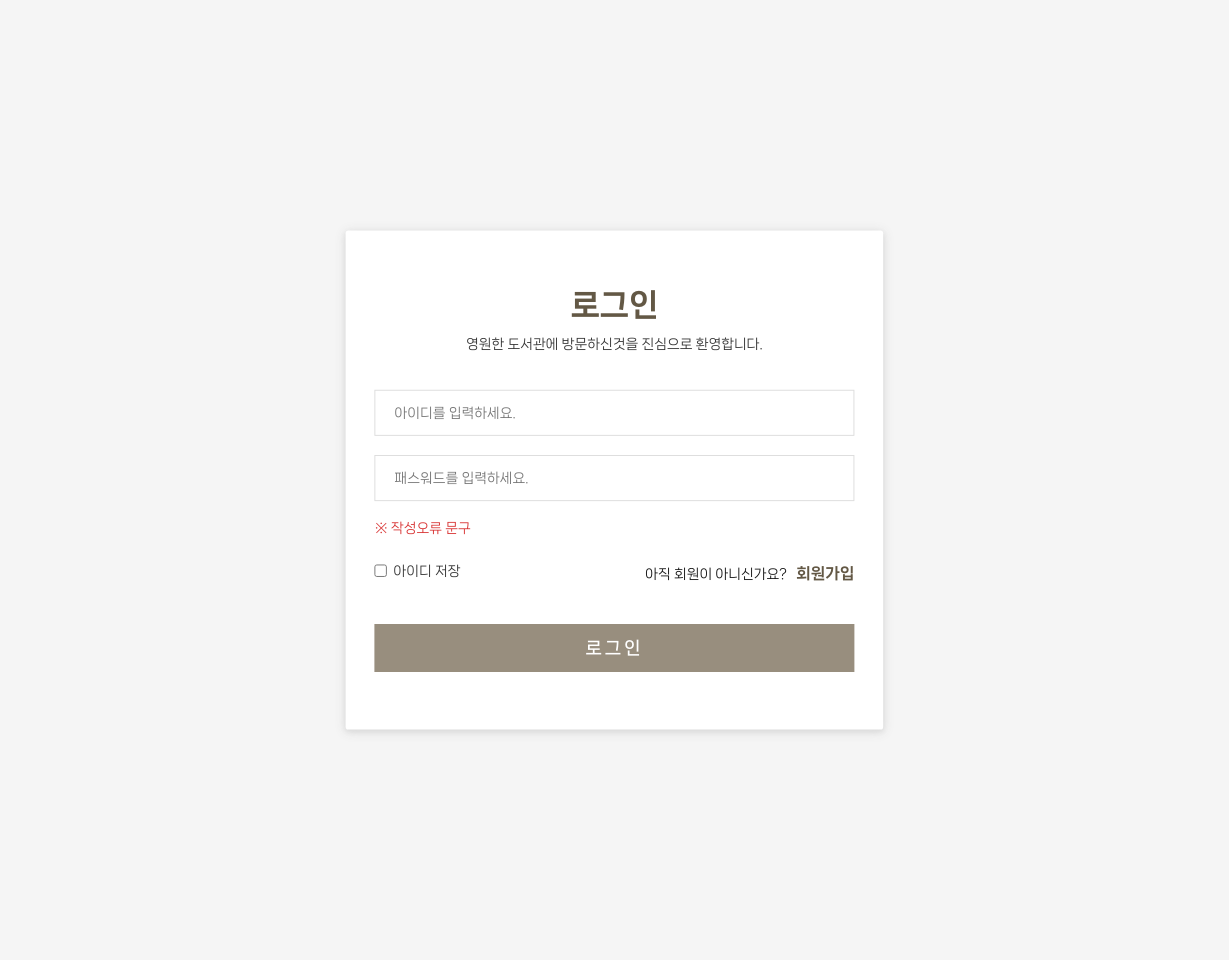
Repository: PacJ/spring_project
Page: http://localhost/spring_project/WEB-INF/views/user/login.jsp
An editor plug-in stored every save of this project. The page is shown before and after the next save, followed by the edit.
The browser window is 1280 px wide. The pictures show the whole page, at 96% of full size.
The page is served by Tomcat 9. Nobody is signed in. Other server files are loaded and not shown. The template is opened directly, without the code that normally fills it, so the values that code supplies are empty.

Above is the page before, as saved 2023-03-07 04:21:46.

### spring_project/src/main/webapp/WEB-INF/views/user/login.jsp
<%@ page language="java" contentType="text/html; charset=UTF-8"
    pageEncoding="UTF-8"%>
<!DOCTYPE html>
<!-- style -->
<link href="${pageContext.request.contextPath}/resources/css/sign.css"
    rel="stylesheet">
    <link href="${pageContext.request.contextPath}/resources/css/main.css"
    rel="stylesheet">
    <link href="${pageContext.request.contextPath}/resources/css/common.css"
    rel="stylesheet">
</head>
	<!-- 공통팝업 -->
    <section class="popup_back">
        <article class="popup">
            <p>팝업내용</p>
            <button>확인</button>
        </article>
    </section>
	 <!-- login -->

        <section class="sign_area">
            <article class="inner">
                <h2>로그인</h2>
                <p>영원한 도서관에 방문하신것을 진심으로 환영합니다.</p>
                <form class="login_form" action="login.do" method="post">
                    <input type="text" name="userId" placeholder="아이디를 입력하세요." />
                    <input type="password" name="userPw" placeholder="패스워드를 입력하세요." />
                    <p class="on">※ 작성오류 문구</p>
                    <div>
                        <input type="checkbox" id="save_id" value="">
                        <label for="save_id">&nbsp;&nbsp;아이디 저장</label>
                        <p>아직 회원이 아니신가요?<a href="#">회원가입</a></p>
                    </div>
                    <button type="submit">로그인</button>
                </form>
            </article>
        </section>

### spring_project/src/main/webapp/resources/css/sign.css
@charset "UTF-8";
/* sign area */
.sign_area {
  width: 100%;
  height: auto;
  min-height: 100%;
  box-sizing: border-box;
  padding: 240px 0;
  background-color: #f5f5f5;
}

.sign_area .inner {
  width: 560px;
  height: auto;
  padding: 60px 30px;
  overflow: hidden;
  box-sizing: border-box;
  background-color: #fff;
  margin: auto;
  box-shadow: 0 2px 12px 0 #dbdbdb, 0 2px 5px 0 #dbdbdb;
  border-radius: 3px;
}

.sign_area .inner > h2 {
  font-family: 'neo_eb';
  font-size: 32px;
  color: #635845;
  margin-bottom: 15px;
  text-align: center;
}

.sign_area .inner > p {
  font-size: 14px;
  color: #333;
  margin-bottom: 40px;
  text-align: center;
}

/* 로그인 */

.sign_area .inner .login_form > input {
  width: 100%;
  height: 48px;
  border: 1px solid #ddd;
  color: #666;
  box-sizing: border-box;
  padding: 5px 20px;
  font-size: 14px;
  margin-bottom: 20px;
}

.sign_area .inner .login_form > input:focus {
  outline: 2px solid #988e7e;
}

.sign_area .inner .login_form > p {
  font-size: 14px;
  color: #d83333;
  margin-bottom: 30px;
  display: none;
}

.sign_area .inner .login_form > p.on {
  display: block;
}

.sign_area .inner .login_form > div {
  width: 100%;
  height: auto;
  display: inline-block;
}

.sign_area .inner .login_form > div label {
  font-size: 14px;
  color: #333;
}

.sign_area .inner .login_form > div label,
.sign_area .inner .login_form > div input {
  float: left;
  user-select: none;
  cursor: pointer;
  line-height: 14px;
}

.sign_area .inner .login_form > div p {
  float: right;
  font-size: 14px;
}

.sign_area .inner .login_form > div p a {
  font-size: 16px;
  margin-left: 10px;
  color: #635845;
  font-family: 'neo_eb';
}

.sign_area .inner .login_form > button {
  width: 100%;
  margin-top: 40px;
  font-size: 18px;
  background-color: #988e7e;
  color: #fff;
  padding: 15px 0;
  font-family: 'neo_b';
  letter-spacing: 3px;
}

/* 회원가입 */

.sign_area .inner .signup_form ul li {
  width: 100%;
  height: auto;
  margin-bottom: 20px;
  display: inline-block;
}

.sign_area .inner .signup_form ul li > * {
  float: left;
}

.sign_area .inner .signup_form ul li h4 {
  font-family: 'neo_b';
  width: 100%;
  height: auto;
  font-size: 14px;
  font-weight: 700;
  color: #333;
  margin-bottom: 10px;
}

.sign_area .inner .signup_form ul li input {
  width: 100%;
  height: 48px;
  border: 1px solid #ddd;
  color: #666;
  box-sizing: border-box;
  padding: 5px 20px;
  font-size: 14px;
}

.sign_area .inner .signup_form ul li input:focus {
  outline: 2px solid #988e7e;
}

.sign_area .inner .signup_form ul li p {
  width: 100%;
  font-size: 14px;
  color: #d83333;
  display: none;
  margin-top: 10px;
}

.sign_area .inner .signup_form ul li p.on {
  display: block;
}

.sign_area .inner .signup_form ul .id_input input {
  width: calc(50% - 5px);
  margin-right: 10px;
}

.sign_area .inner .signup_form ul .id_input button {
  width: calc(50% - 5px);
  height: 48px;
  font-size: 16px;
  box-sizing: border-box;
  border: 2px solid #988e7e;
  background-color: #fff;
  color: #635845;
  font-family: 'neo_b';
}

.sign_area .inner .signup_form ul .id_input button:hover {
  background-color: #ebe6dd;
}

.sign_area .inner .signup_form ul .addr_input input {
  margin-bottom: 10px;
}

.sign_area .inner .signup_form ul .addr_input input:first-of-type {
  width: calc(50% - 5px);
  margin-right: 10px;
}

.sign_area .inner .signup_form ul .addr_input button {
  width: calc(50% - 5px);
  height: 48px;
  font-size: 16px;
  box-sizing: border-box;
  border: 2px solid #988e7e;
  background-color: #fff;
  color: #635845;
  font-family: 'neo_b';
}

.sign_area .inner .signup_form ul .addr_input button:hover {
  background-color: #ebe6dd;
}

.sign_area .inner .signup_form ul .addr_input input:read-only {
  background-color: #eee;
  cursor: no-drop;
}

.sign_area .inner .signup_form ul .sex_input button {
  width: 50%;
  height: 48px;
  border: 2px solid #635845;
  background-color: #fff;
  color: #635845;
  font-family: 'neo_b';
  font-size: 16px;
  text-align: center;
  box-sizing: border-box;
  line-height: 45px;
  letter-spacing: 3px;
}

.sign_area .inner .signup_form ul .sex_input button.active {
  background-color: #635845;
  color: #fff;
}

.sign_area .inner .signup_form ul .sex_input label:nth-of-type(1) {
  border-right: 1px solid #635845;
}

.sign_area .inner .signup_form ul .sex_input label:nth-of-type(2) {
  border-left: 1px solid #635845;
}

.sign_area .inner .signup_form > button {
  width: 100%;
  margin-top: 40px;
  font-size: 18px;
  background-color: #988e7e;
  color: #fff;
  padding: 15px 0;
  font-family: 'neo_b';
  letter-spacing: 3px;
}

@media (max-width: 700px) {
  /* sign area */
  .sign_area {
    width: 100%;
    height: auto;
    min-height: 100%;
    box-sizing: border-box;
    padding: 80px 15px;
    background-color: #f5f5f5;
  }

  .sign_area .inner {
    width: 100%;
    padding: 60px 15px;
  }

  .sign_area .inner > h2 {
    font-size: 24px;
  }

  .sign_area .inner > p {
    font-size: 11px;
    margin-bottom: 25px;
  }

  /* 로그인 */

  .sign_area .inner .login_form > input {
    height: 40px;
    margin-bottom: 15px;
  }

  .sign_area .inner .login_form > input:focus {
    outline: 2px solid #988e7e;
  }

  .sign_area .inner .login_form > p {
    font-size: 11px;
  }

  .sign_area .inner .login_form > div label {
    font-size: 11px;
  }

  .sign_area .inner .login_form > div label,
  .sign_area .inner .login_form > div input {
    line-height: 13px;
  }

  .sign_area .inner .login_form > div p {
    font-size: 11px;
  }

  .sign_area .inner .login_form > div p a {
    font-size: 11px;
  }

  .sign_area .inner .login_form > button {
    margin-top: 30px;
    font-size: 14px;
    padding: 10px 0;
  }

  /* 회원가입 */

  .sign_area .inner .signup_form ul li h4 {
    font-size: 13px;
  }

  .sign_area .inner .signup_form ul li input {
    height: 40px;
    padding: 5px 10px;
    font-size: 13px;
  }

  .sign_area .inner .signup_form ul li p {
    font-size: 11px;
  }

  .sign_area .inner .signup_form ul .id_input input {
    width: calc(50% - 5px);
    margin-right: 10px;
  }

  .sign_area .inner .signup_form ul .id_input button {
    height: 40px;
    font-size: 13px;
  }

  .sign_area .inner .signup_form ul .addr_input button {
    height: 40px;
    font-size: 13px;
  }

  .sign_area .inner .signup_form ul .sex_input button {
    height: 40px;
    font-size: 13px;
    line-height: 38px;
    letter-spacing: 3px;
  }

  .sign_area .inner .signup_form > button {
    margin-top: 40px;
    font-size: 14px;
    padding: 10px 0;
  }
}

### spring_project/src/main/webapp/resources/css/common.css
@charset "UTF-8";
/* font list */
@font-face {
  font-family: 'neo_l';
  font-display: auto;
  font-weight: 400;
  src: url('../assets/font/NanumSquareNeoOTF-aLt.otf') format('OpenType');
}
@font-face {
  font-family: 'neo_r';
  font-display: auto;
  font-weight: 500;
  src: url('../../assets/font/NanumSquareNeoOTF-bRg.otf') format('OpenType');
}
@font-face {
  font-family: 'neo_b';
  font-display: auto;
  font-weight: 600;
  src: url('../../assets/font/NanumSquareNeoOTF-cBd.otf') format('OpenType');
}
@font-face {
  font-family: 'neo_eb';
  font-display: auto;
  font-weight: 700;
  src: url('../../assets/font/NanumSquareNeoOTF-dEb.otf') format('OpenType');
}
@font-face {
  font-family: 'neo_hb';
  font-display: auto;
  font-weight: 800;
  src: url('../../assets/font/NanumSquareNeoOTF-eHv.otf') format('OpenType');
}

/* css reset */
* {
  margin: 0;
  padding: 0;
  font-family: 'neo_r';
  font-size: 16px;
  color: #141414;
  transition: 0.3s;
}

html,
body {
  width: 100%;
  height: auto;

  background-color: #ffffff;
}

a,
a:link,
a:hover,
a:active,
a:visited {
  color: #141414;
  text-decoration: none;
  cursor: pointer;
}

ul,
ul li {
  list-style: none;
}

button,
button:focus {
  border: 0;
  background-color: #ffffff;
  outline: 0;
  cursor: pointer;
}

.wrap {
  position: relative;
  width: 100%;
  height: auto;
  min-width: 1600px;
  min-height: calc(100% - 120px);
}

/* mob menu ani */
.menu-trigger {
  display: none;
}

/* pc 로그인_회원가입 영역 */
.sign_area_pc {
  width: 100%;
  height: auto;
  background-color: #dddddd;
}

.sign_area_pc p {
  width: 1400px;
  height: auto;
  font-family: 'neo_r';
  font-size: 16px;
  color: #666666;
  text-align: right;
  padding: 12px 0 12px 0;
  margin: 0 auto;
}

.sign_area_pc p span {
  font-family: 'neo_r';
  font-size: 14px;
  color: #666666;
  text-align: right;
  margin: 0 20px 0 20px;
}

.sign_area_pc p a {
  font-family: 'neo_r';
  font-size: 16px;
  color: #666666;
  text-align: right;
}

.sign_area_mob {
  display: none;
}

/* pc nav */
.nav_area {
  position: sticky;
  top: 0px;
  width: 100%;
  height: 80px;
  background-color: #ffffff;
  z-index: 1000;
  box-shadow: 0 8px 8px -4px #00000022;
}

.nav_area .inner {
  width: 1400px;
  height: 80px;
  margin: 0 auto;
  clear: both;
}

.nav_area .inner > a {
  height: 80px;
  display: inline-block;
}

.nav_area .inner > a .logo {
  height: 80px;
}

.nav_area .inner ul {
  float: right;
}

.nav_area .inner ul li {
  float: left;
  margin-left: 80px;
}

.nav_area .inner ul li > a {
  height: 80px;
  line-height: 80px;
  font-family: 'neo_b';
  font-size: 18px;
  color: #666666;
  text-align: right;
}

.nav_area .inner ul li > a:hover,
.nav_area .inner ul li > a.active {
  font-family: 'neo_eb';
  color: #141414;
}

.sign_area_mob {
  display: none;
}

/* footer */
.footer_area {
  width: 100%;
  height: auto;
  background-color: #dddddd;
  padding: 60px 0 40px 0;
}

.footer_area .inner {
  width: 1400px;
  height: auto;
  margin: 0 auto;
}

.footer_area .inner p,
.footer_area .inner p span {
  font-family: 'neo_r';
  font-size: 18px;
  color: #666666;
  margin-bottom: 20px;
}

.footer_area .inner p span {
  margin-left: 20px;
}

.footer_area .inner p br {
  display: none;
}

/* popup */

.popup_back {
  position: fixed;
  top: 0;
  left: 0;
  z-index: 3000;
  background-color: #00000055;
  width: 100%;
  height: 100%;
  display: none;
}

.popup_back.on {
  display: block;
}

.popup_back .popup {
  position: absolute;
  top: 50%;
  left: 50%;
  width: 500px;
  height: 250px;
  box-sizing: border-box;
  margin-top: -125px;
  margin-left: -250px;
  background-color: #fff;
  padding: 20px;
}

.popup_back .popup p {
  color: #141414;
  font-size: 18px;
  font-family: 'neo_b';
  width: 100%;
  height: 150px;
  text-align: center;
  line-height: 150px;
}

.popup_back .popup button {
  width: 100%;
  height: 60px;
  background-color: #988e7e;
  color: #fff;
  font-size: 18px;
  font-family: 'neo_eb';
}

/* 서브페이지 템플릿 */

.subpage_wrap {
  width: 100%;
  height: auto;
  min-height: 1000px;
  background-color: #ffdada;
  padding: 80px 0 80px 0;
}

.subpage_wrap .inner {
  width: 1000px;
  height: auto;
  margin: 0 auto;
}

.subpage_wrap .inner h2 {
  font-size: 34px;
  font-family: 'neo_eb';
  color: #635845;
  margin-bottom: 40px;
  text-align: center;
}

.subpage_wrap .inner .contents {
  width: 100%;
  height: auto;
  background-color: #ffffff;
}

@media (max-width: 700px) {
  .wrap {
    min-width: 0;
  }

  /* pc 로그인_회원가입 영역 none */
  .sign_area_pc {
    display: none;
  }

  .sign_area_mob {
    display: block;
  }

  /* mob nav */
  .nav_area {
    height: 60px;
  }

  .nav_area .inner {
    width: 100%;
    height: 60px;
  }

  .nav_area .inner > * {
    float: left;
  }

  .nav_area .inner > a {
    height: 60px;
    display: block;
    margin-left: 15px;
  }

  .nav_area .inner > a .logo {
    height: 60px;
  }

  .nav_area .inner ul {
    width: 100%;
    height: 0;
    float: none;
    position: absolute;
    top: 60px;
    background-color: #988e7e;
    border-radius: 0 0 20px 20px;
    overflow: hidden;
  }

  .nav_area .inner ul.active {
    height: 348px;
    box-shadow: 0 8px 8px -2px #00000033;
  }

  .nav_area .inner ul li {
    float: none;
    margin: 0;
    text-align: center;
    background-color: #eeeeee;
  }

  .nav_area .inner ul li > a {
    height: 60px;
    line-height: 60px;
    font-size: 16px;
    color: #666666;
    text-align: center;
  }

  .nav_area .inner ul li > a:hover {
    font-family: 'neo_eb';
    color: #141414;
  }

  .nav_area .inner ul li:nth-of-type(5) {
    border-radius: 0 0 20px 20px;
  }

  .sign_area_mob {
    display: block;
  }

  .nav_area .inner ul .sign_area_mob {
    height: auto;
    padding: 15px 0 15px 0;
    background-color: #988e7e;
    border-radius: 0 0 20px 20px;
  }

  .nav_area .inner ul .sign_area_mob > p {
    text-align: center;
    font-size: 14px;
    color: #fff;
    line-height: 18px;
  }

  .nav_area .inner ul .sign_area_mob a {
    display: inline-block;
    font-size: 14px;
    color: #fff;
  }

  .nav_area .inner ul .sign_area_mob span {
    margin: 0 20px 0 20px;
    font-size: 13px;
    color: #fff;
  }

  /* menu ani */
  .menu-trigger {
    margin: 15px 20px;
    float: right !important;
  }

  .menu-trigger,
  .menu-trigger span {
    display: inline-block;
    transition: all 0.4s;
    box-sizing: border-box;
  }

  .menu-trigger {
    position: relative;
    width: 34px;
    height: 30px;
    display: block;
  }

  .menu-trigger span {
    position: absolute;
    left: 0;
    width: 100%;
    height: 4px;
    background-color: #988e7e;
    border-radius: 2px;
  }

  .menu-trigger span:nth-of-type(1) {
    top: 0;
  }

  .menu-trigger span:nth-of-type(2) {
    top: 13px;
  }

  .menu-trigger span:nth-of-type(3) {
    bottom: 0;
  }

  .menu-trigger.active span:nth-of-type(1) {
    -webkit-transform: translateY (14px) rotate (-45deg);
    transform: translateY(14px) rotate(-45deg);
  }

  .menu-trigger.active span:nth-of-type(2) {
    opacity: 0;
  }

  .menu-trigger.active span:nth-of-type(3) {
    -webkit-transform: translateY(-12px) rotate(45deg);
    transform: translateY(-12px) rotate(45deg);
  }

  /* footer */
  .footer_area {
    width: calc(100% - 40px);
    padding: 40px 20px 20px 20px;
  }

  .footer_area .inner {
    width: 100%;
  }

  .footer_area .inner p,
  .footer_area .inner p span {
    line-height: 25px;
    text-align: center;
    font-size: 11px;
    margin-bottom: 15px;
  }

  .footer_area .inner p span {
    margin-left: 20px;
  }

  .footer_area .inner p br {
    display: block;
  }

  .footer_area .inner p span:first-of-type {
    margin-left: 0;
  }

  /* popup */

  .popup_back .popup {
    position: absolute;
    top: 30%;
    left: 0;
    width: calc(100% - 30px);
    height: auto;
    margin-top: 0;
    margin-left: 0;
    padding: 20px;
    margin: 15px;
  }

  .popup_back .popup p {
    height: auto;
    font-size: 14px;
    line-height: 25px;
    padding: 40px 0;
  }

  .popup_back .popup button {
    height: 40px;
    font-size: 14px;
  }

  /* 서브페이지 템플릿 */

  .subpage_wrap {
    min-height: 0;
    padding: 60px 15px;
    box-sizing: border-box;
  }

  .subpage_wrap .inner {
    width: 100%;
  }

  .subpage_wrap .inner h2 {
    font-size: 21px;
    margin-bottom: 30px;
  }
}

Loaded but not shown: spring_project/src/main/webapp/resources/css/main.css (737 lines, source omitted)

After the next save:
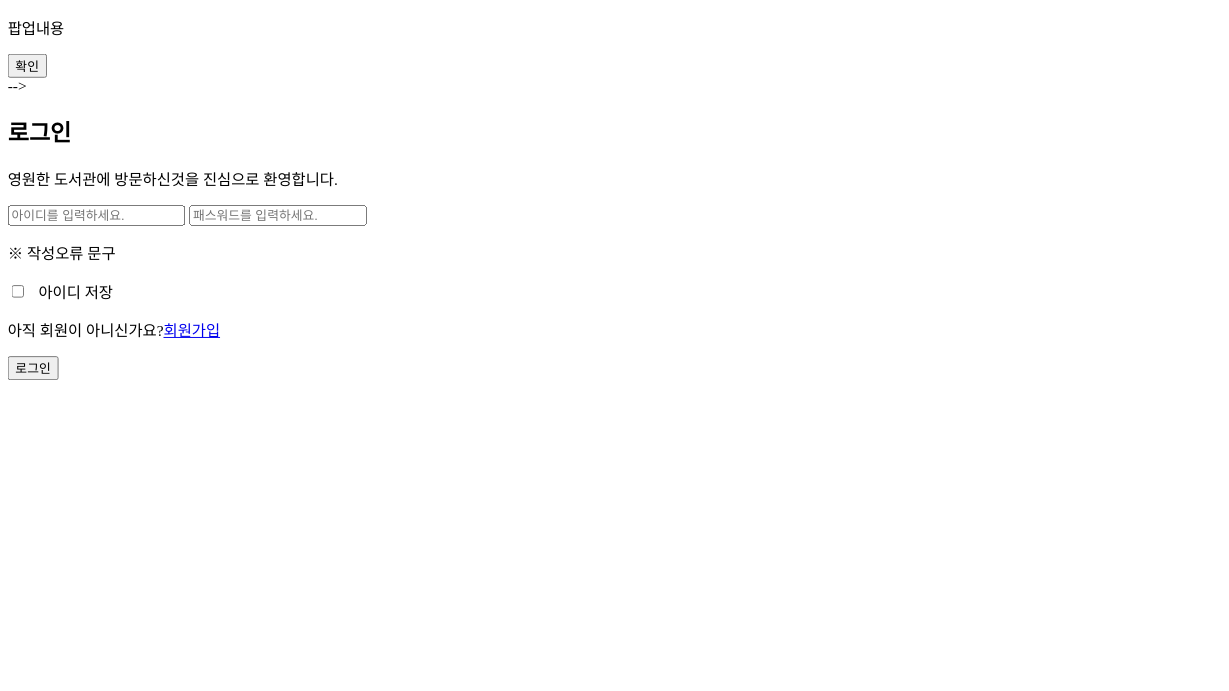
Saved 11 s later.
--- a/spring_project/src/main/webapp/WEB-INF/views/user/login.jsp
+++ b/spring_project/src/main/webapp/WEB-INF/views/user/login.jsp
@@ -1,21 +1,13 @@
 <%@ page language="java" contentType="text/html; charset=UTF-8"
     pageEncoding="UTF-8"%>
 <!DOCTYPE html>
-<!-- style -->
-<link href="${pageContext.request.contextPath}/resources/css/sign.css"
-    rel="stylesheet">
-    <link href="${pageContext.request.contextPath}/resources/css/main.css"
-    rel="stylesheet">
-    <link href="${pageContext.request.contextPath}/resources/css/common.css"
-    rel="stylesheet">
-</head>
-	<!-- 공통팝업 -->
+<!-- 	<!-- 공통팝업 -->
     <section class="popup_back">
         <article class="popup">
             <p>팝업내용</p>
             <button>확인</button>
         </article>
-    </section>
+    </section> -->
 	 <!-- login -->
 
         <section class="sign_area">
